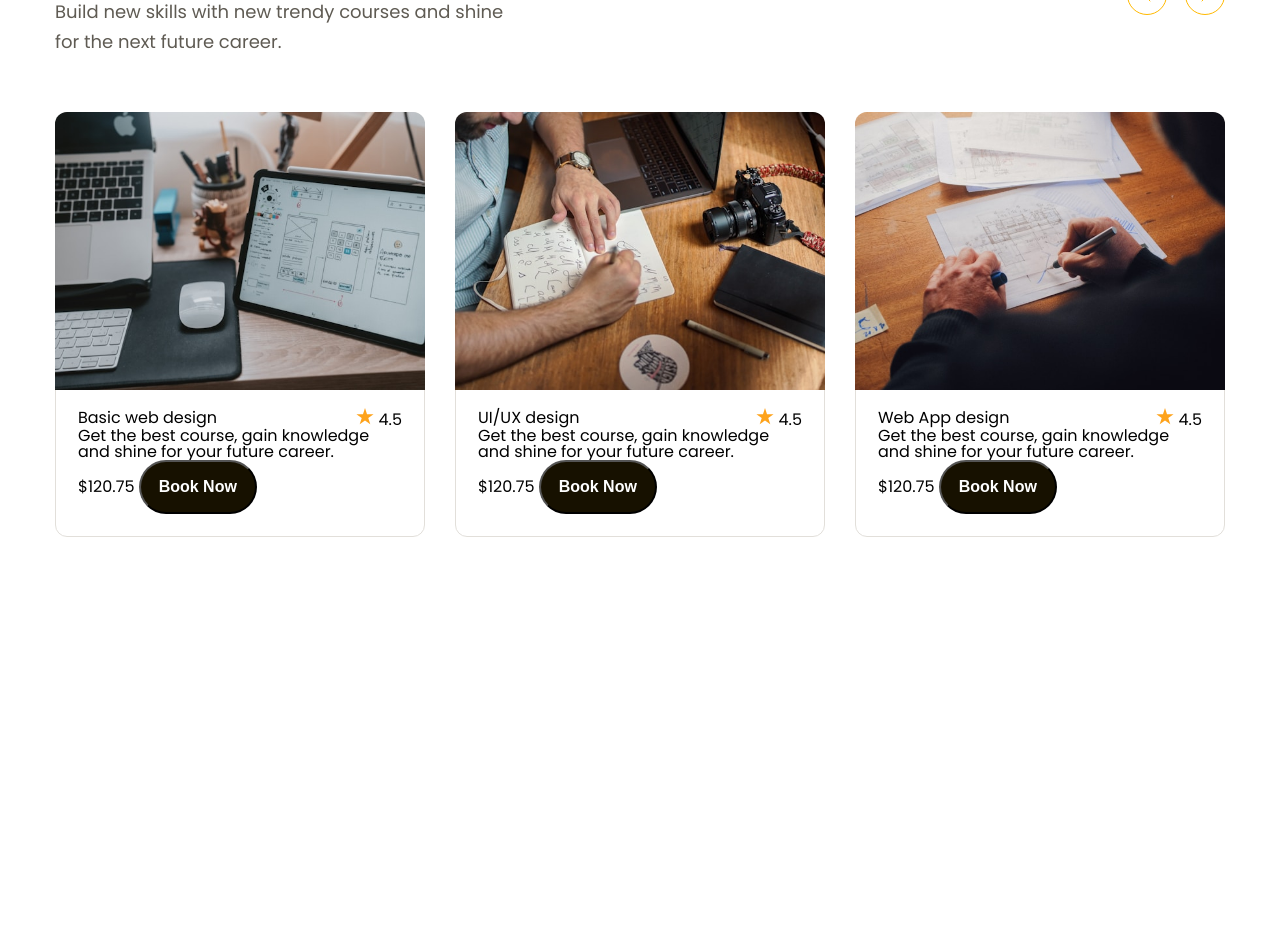
Repository: Tibi2003/f8-htmlcss-02
Page: index.html
These files come from the project's save history. The page is drawn as it stood at one moment and after the next save; the edit follows.
The browser window is 1280 px wide. The pictures show the part of the page from y = 1167 to 2119 px (the page is 5000 px tall).
A picture or video elsewhere on the page could not be fetched, so the positions and the page height are approximate.

Above is the page before, as saved 2024-03-07 15:46:28.

### index.html
<!DOCTYPE html>
<html lang="en">
	<head>
		<meta charset="UTF-8" />
		<meta name="viewport" content="width=device-width, initial-scale=1.0" />
		<title>F8 Project 02</title>
		<!-- Reset CSS -->
		<link rel="stylesheet" href="./assets/css/reset.css" />
		<!-- Embed fonts -->
		<link rel="preconnect" href="https://fonts.googleapis.com" />
		<link rel="preconnect" href="https://fonts.gstatic.com" crossorigin />
		<link
			href="https://fonts.googleapis.com/css2?family=Poppins:ital,wght@0,100;0,200;0,300;0,400;0,500;0,600;0,700;0,800;0,900;1,100;1,200;1,300;1,400;1,500;1,600;1,700;1,800;1,900&family=Sen:wght@400..800&display=swap"
			rel="stylesheet" />
		<!-- Styles -->
		<link rel="stylesheet" href="./assets/css/styles.css" />
	</head>
	<body>
		<main style="height: 5000px">
			<!-- Header -->
			<header class="header fixed">
				<div class="main-content">
					<div class="body">
						<!-- Logo -->
						<img
							src="./assets/img/logo.svg"
							alt="Lesson."
							class="logo" />

						<!-- Nav -->
						<nav class="nav">
							<ul>
								<li class="active">
									<a href="#!">Home</a>
								</li>
								<li>
									<a href="#!">Courses</a>
								</li>
								<li>
									<a href="#!">Pricing</a>
								</li>
								<li>
									<a href="#!">Reviews</a>
								</li>
							</ul>
						</nav>

						<!-- Action -->
						<div class="action">
							<a href="#!" class="btn sign-up-btn">Sign Up</a>
						</div>
					</div>
				</div>
			</header>

			<!-- Hero -->
			<div class="hero">
				<div class="main-content">
					<div class="body">
						<!-- Hero left -->
						<div class="media-block">
							<img
								src="./assets/img/hero-img.jpg"
								alt="Learn without limits and spread knowledge."
								class="img" />

							<div class="hero-summary">
								<div class="item">
									<div class="icon">
										<img
											src="./assets/icons/list.svg"
											alt="" />
									</div>
									<div class="info">
										<p class="label">20 Courses</p>
										<p class="title">UI/UX Design</p>
									</div>
								</div>
								<div class="item">
									<div class="icon">
										<img
											src="./assets/icons/code.svg"
											alt="" />
									</div>
									<div class="info">
										<p class="label">20 Courses</p>
										<p class="title">Development</p>
									</div>
								</div>
								<div class="item">
									<div class="icon">
										<img
											src="./assets/icons/speaker.svg"
											alt="" />
									</div>
									<div class="info">
										<p class="label">30 Courses</p>
										<p class="title">Marketing</p>
									</div>
								</div>
							</div>
						</div>

						<!-- Hero right -->
						<div class="content-block">
							<h1 class="heading lv1">
								Learn without limits and spread knowledge.
							</h1>
							<p class="desc">
								Build new skills for that “this is my year”
								feeling with courses, certificates, and degrees
								from world-class universities and companies.
							</p>
							<div class="cta-group">
								<a href="#!" class="btn hero-cta"
									>See Courses</a
								>
								<button class="watch-video">
									<div class="icon">
										<img
											src="./assets/icons/play.svg"
											alt="" />
									</div>
									<span>Watch Video</span>
								</button>
							</div>
							<p class="desc">Recent engagement</p>
							<p class="desc stats">
								<strong>50K</strong> Students
								<strong>70+</strong> Courses
							</p>
						</div>
					</div>
				</div>
			</div>

			<!-- Popular -->
			<div class="popular">
				<div class="main-content">
					<div class="popular-top">
						<div class="info">
							<h2 class="heading lv2">Our popular courses</h2>
							<p class="desc">
								Build new skills with new trendy courses and
								shine for the next future career.
							</p>
						</div>
						<div class="controls">
							<button class="control-btn">
								<svg
									width="8"
									height="14"
									viewBox="0 0 8 14"
									fill="none"
									xmlns="http://www.w3.org/2000/svg">
									<path
										d="M7 1L1 7L7 13"
										stroke="currentColor"
										stroke-linecap="round"
										stroke-linejoin="round" />
								</svg>
							</button>
							<button class="control-btn">
								<svg
									width="8"
									height="14"
									viewBox="0 0 8 14"
									fill="none"
									xmlns="http://www.w3.org/2000/svg">
									<path
										d="M1 1L7 7L1 13"
										stroke="currentColor"
										stroke-linecap="round"
										stroke-linejoin="round" />
								</svg>
							</button>
						</div>
					</div>

					<div class="course-list">
						<!-- Course item 1 -->
						<div class="course-item">
							<img
								src="./assets/img/course-1.jpg"
								alt="Basic web design"
								class="thumb" />
							<div class="info">
								<div class="head">
									<h3 class="title">Basic web design</h3>
									<div class="rating">
										<img
											src="./assets/icons/star.svg"
											alt="Star"
											class="star" />
										<span class="value">4.5</span>
									</div>
								</div>
								<p class="desc">
									Get the best course, gain knowledge and
									shine for your future career.
								</p>
								<div class="foot">
									<span class="price">$120.75</span>
									<button class="btn">Book Now</button>
								</div>
							</div>
						</div>

						<!-- Course item 2 -->
						<div class="course-item">
							<img
								src="./assets/img/course-2.jpg"
								alt="UI/UX design"
								class="thumb" />
							<div class="info">
								<div class="head">
									<h3 class="title">UI/UX design</h3>
									<div class="rating">
										<img
											src="./assets/icons/star.svg"
											alt="Star"
											class="star" />
										<span class="value">4.5</span>
									</div>
								</div>
								<p class="desc">
									Get the best course, gain knowledge and
									shine for your future career.
								</p>
								<div class="foot">
									<span class="price">$120.75</span>
									<button class="btn">Book Now</button>
								</div>
							</div>
						</div>

						<!-- Course item 3 -->
						<div class="course-item">
							<img
								src="./assets/img/course-3.jpg"
								alt="Web App design"
								class="thumb" />
							<div class="info">
								<div class="head">
									<h3 class="title">Web App design</h3>
									<div class="rating">
										<img
											src="./assets/icons/star.svg"
											alt="Star"
											class="star" />
										<span class="value">4.5</span>
									</div>
								</div>
								<p class="desc">
									Get the best course, gain knowledge and
									shine for your future career.
								</p>
								<div class="foot">
									<span class="price">$120.75</span>
									<button class="btn">Book Now</button>
								</div>
							</div>
						</div>
					</div>
				</div>
			</div>
		</main>
	</body>
</html>

### assets/css/styles.css
* {
	box-sizing: border-box;
}

:root {
	--font-heading: Sen, sans-serif;
	--primary-color: #ffb900;
}

html {
	font-size: 62.5%;
}

body {
	font-size: 1.6rem;
	font-family: "Poppins", sans-serif;
}

/* Common */
.main-content {
	width: 1170px;
	max-width: calc(100% - 48px);
	margin-left: auto;
	margin-right: auto;
}

a {
	text-decoration: none;
}

.btn {
	display: inline-block;
	min-width: 118px;
	padding: 0 16px;
	line-height: 50px;
	color: #fff;
	text-align: center;
	font-size: 1.6rem;
	font-weight: 600;
	border-radius: 999px;
	background: #171100;
}

.btn:hover {
	opacity: 0.9;
}

.heading {
	color: #171100;
	font-family: var(--font-heading);
	font-weight: 700;
	letter-spacing: -1.16px;
}

.heading.lv1 {
	font-size: 5.8rem;
	line-height: 1.17;
}

.heading.lv2 {
	font-size: 3.8rem;
	line-height: 1.26;
}

/* Header */
.header {
	background: #fffcf4;
}

.header.fixed {
	position: sticky;
	top: -28px;
	z-index: 1;
}

.header .body {
	display: flex;
	align-items: center;
	padding: 36px 0 8px;
}

.nav {
	margin-left: auto;
}

.nav ul {
	display: flex;
}

.nav a {
	position: relative;
	padding: 8px 21px;
	color: #5f5b53;
	font-size: 1.6rem;
}

.nav a:hover,
.nav li.active a {
	/* font-weight: 600; */
	text-shadow: 1px 0 0 currentColor;
	color: #171100;
}

.nav li.active a::after {
	position: absolute;
	left: 21px;
	bottom: 6px;
	content: "";
	display: block;
	width: 12px;
	height: 2px;
	border-radius: 1px;
	background: #171100;
}

.header .sign-up-btn {
	min-width: 144px;
}

.header .action {
	margin-left: 49px;
}

/* Hero */
.hero {
	padding: 56px 0 65px;
	background: #fffcf4;
}

.hero .body {
	display: flex;
}

/* Hero left */
.hero .media-block {
	position: relative;
	width: 48%;
}

.hero .media-block .img {
	width: 470px;
	height: 685px;
	object-fit: cover;
	border-radius: 20px;
	vertical-align: bottom;
}

.hero-summary {
	position: absolute;
	right: 0;
	bottom: 48px;
	width: 270px;
	padding: 24px;
	border-radius: 12px;
	background: #fff;
	box-shadow: 0px 16px 32px 0px rgba(0, 0, 0, 0.05);
}

.hero-summary .item {
	display: flex;
	align-items: center;
}

.hero-summary .item + .item {
	margin-top: 22px;
}

.hero-summary .item:nth-child(2) .icon {
	background: #fcefff;
}

.hero-summary .item:nth-child(3) .icon {
	background: #ebeaff;
}

.hero-summary .icon {
	width: 48px;
	height: 48px;
	border-radius: 50%;
	display: flex;
	align-items: center;
	justify-content: center;
	background: #fff9e8;
}

.hero-summary .info {
	margin-left: 16px;
}

.hero-summary .label {
	color: #5f5b53;
	font-size: 1.4rem;
	line-height: 1.86;
}

.hero-summary .title {
	color: #171100;
	font-size: 1.8rem;
	font-weight: 600;
	line-height: 1.67;
}

/* Hero right */
.hero .content-block {
	width: 52%;
	padding: 64px 0 0 130px;
}

.hero .desc {
	margin-top: 22px;
	color: #5f5b53;
	font-size: 1.8rem;
	line-height: 1.67;
}

.hero .cta-group {
	display: flex;
	align-items: center;
	margin: 38px 0 48px;
}

.hero-cta {
	min-width: 180px;
	line-height: 64px;
	background-color: var(--primary-color);
}

.hero .watch-video {
	display: flex;
	align-items: center;
	margin-left: 28px;
	border: none;
	background: transparent;
	cursor: pointer;
}

.hero .watch-video .icon {
	display: flex;
	align-items: center;
	justify-content: center;
	width: 40px;
	height: 40px;
	border-radius: 50%;
	background: #ffffff;
	box-shadow: 0px 8px 16px rgba(0, 0, 0, 0.07);
}

.hero .watch-video span {
	margin-left: 14px;
	color: #171100;
	font-size: 1.8rem;
	font-weight: 600;
	line-height: 1.67;
}

.hero .stats {
	margin: 8px 0 0 -28px;
}

.hero .stats strong {
	padding: 0 8px 0 28px;
	color: #171100;
	font-family: var(--font-heading);
	font-size: 4.4rem;
	font-weight: 700;
	line-height: 1.23;
}

/* Popular */
.popular {
	padding: 65px 0;
	margin-top: 135px;
}

.popular-top {
	display: flex;
	align-items: center;
	justify-content: space-between;
}

.popular-top .desc {
	margin-top: 16px;
	width: 458px;
	color: #5f5b53;
	font-size: 1.8rem;
	line-height: 1.67;
}

.popular-top .controls {
	display: flex;
	gap: 18px;
}

.popular-top .control-btn {
	display: flex;
	align-items: center;
	justify-content: center;
	width: 40px;
	height: 40px;
	border-radius: 50%;
	color: var(--primary-color);
	border: 1px solid var(--primary-color);
	background: transparent;
}

.popular-top .control-btn:hover {
	color: #fff;
	background: var(--primary-color);
	cursor: pointer;
}

.popular .course-list {
	display: flex;
	gap: 30px;
	margin-top: 55px;
}

.popular .course-item {
	flex: 1;
	border-radius: 12px;
	border: 1px solid #e2dfda;
	background: #fff;
}

.popular .course-item .thumb {
	width: calc(100% + 2px);
	height: 278px;
	margin: -1px;
	object-fit: cover;
	border-radius: 12px 12px 0px 0px;
}

.popular .course-item .info {
	padding: 16px 22px 22px;
}

.popular .course-item .head {
	display: flex;
	align-items: center;
	justify-content: space-between;
}

Loaded but not shown: assets/css/reset.css (common file)

After the next save:
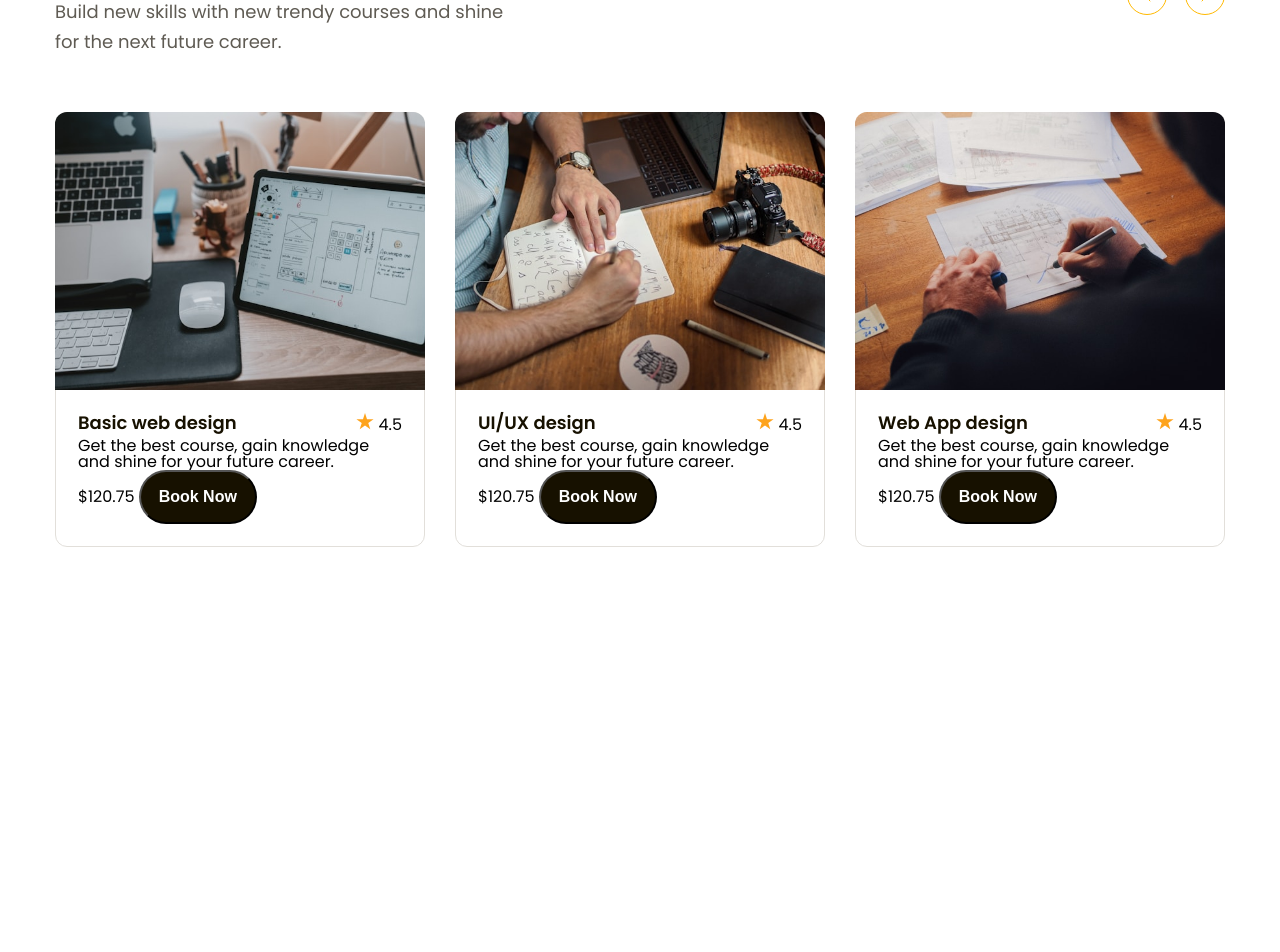
Saved 2 min 33 s later.
--- a/assets/css/styles.css
+++ b/assets/css/styles.css
@@ -339,3 +339,10 @@
 	align-items: center;
 	justify-content: space-between;
 }
+
+.popular .course-item .title {
+	color: #171100;
+	font-size: 1.8rem;
+	font-weight: 600;
+	line-height: 1.67;
+}
